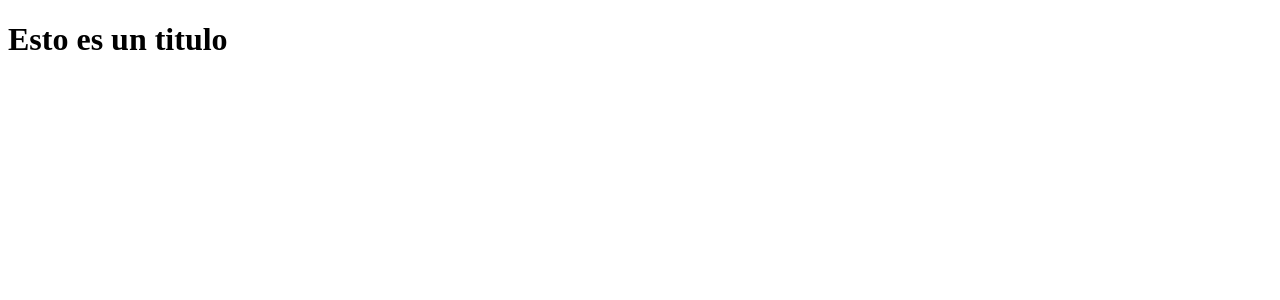
Repository: Kueck/workspace
Page: login-web-app/src/main/webapp/index.html
The author's editor kept a copy of each file at every save. The page is drawn from the files as they stood at one save, then again after the next save.
The browser window is 1280 px wide. The pictures show the whole page.

Above is the page before, as saved 2016-06-20 16:14:36.

### login-web-app/src/main/webapp/index.html
<!DOCTYPE html>
<html>
	<head>
		<meta charset="ISO-8859-1">
		<title>Pagina inicial</title>
	</head>
	<body>

		<h1>Esto es un titulo</h1>

	</body>
</html>

After the next save:
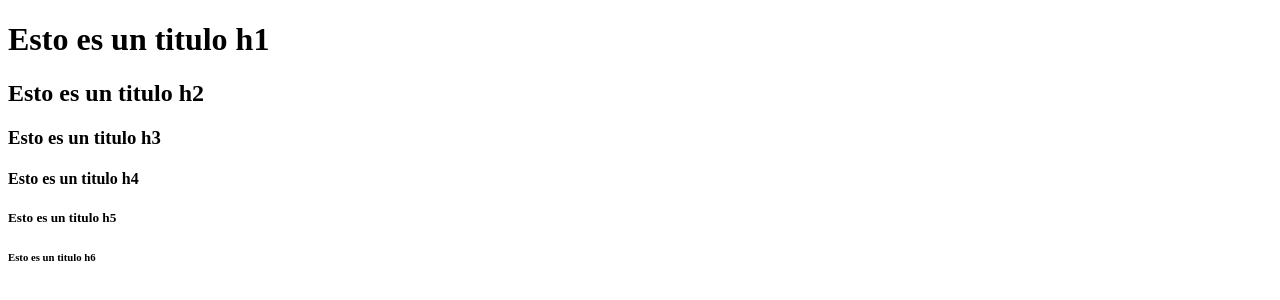
Saved 96 s later.
--- a/login-web-app/src/main/webapp/index.html
+++ b/login-web-app/src/main/webapp/index.html
@@ -6,7 +6,11 @@
 	</head>
 	<body>
 
-		<h1>Esto es un titulo</h1>
-
+		<h1>Esto es un titulo h1</h1>
+		<h2>Esto es un titulo h2</h2>
+		<h3>Esto es un titulo h3</h3>
+		<h4>Esto es un titulo h4</h4>
+		<h5>Esto es un titulo h5</h5>
+		<h6>Esto es un titulo h6</h6>
 	</body>
 </html>
